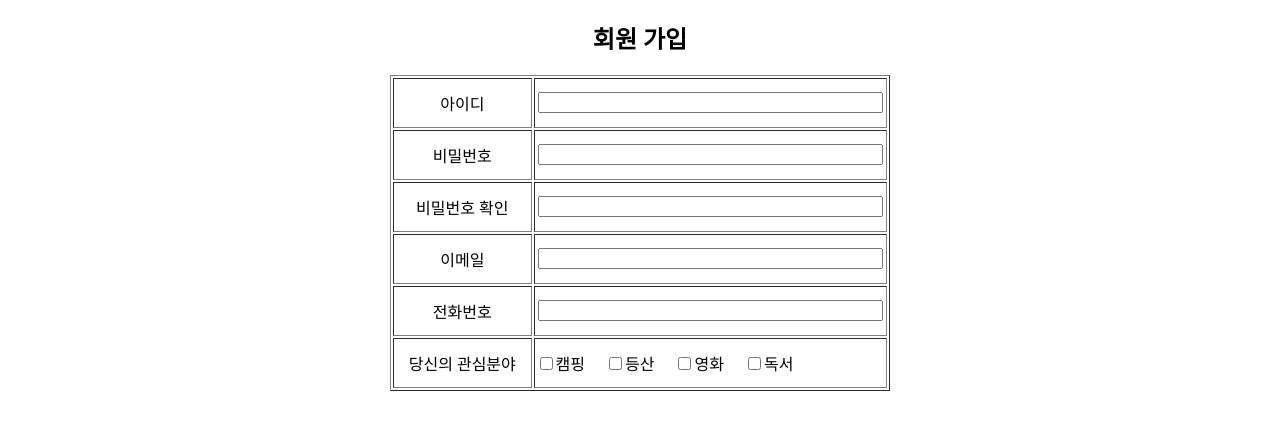
Repository: SuperHamzzi/JSPStudy
Page: http://localhost/JSP01/RequestJoin.jsp
The author's editor kept a copy of each file at every save. The page is drawn from the files as they stood at one save, then again after the next save.
The browser window is 1280 px wide. The pictures show the whole page.
The page is served by Tomcat 9.

Above is the page before, as saved 2023-06-04 11:03:15.

After the next save:
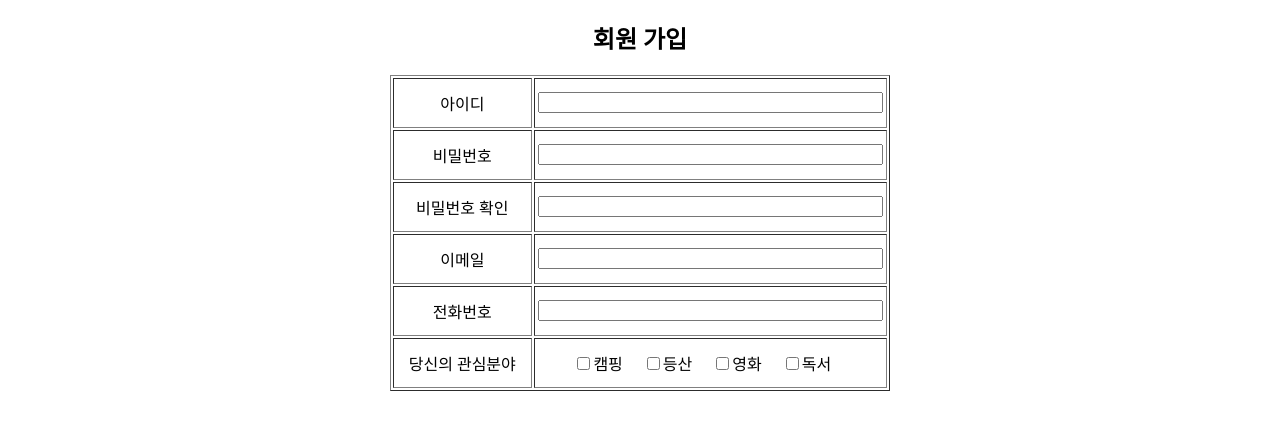
Saved 11 s later.
--- a/JSP01/WebContent/RequestJoin.jsp
+++ b/JSP01/WebContent/RequestJoin.jsp
@@ -44,7 +44,7 @@
 	</tr>
 	<tr height="50">
 		<td width="150" align="center">당신의 관심분야</td>
-		<td width="350" align="cenfter">
+		<td width="350" align="center">
 		<input type="checkbox" name="hobby" value="캠핑">캠핑 &nbsp; &nbsp;
 		<input type="checkbox" name="hobby" value="등산">등산 &nbsp; &nbsp;
 		<input type="checkbox" name="hobby" value="영화">영화 &nbsp; &nbsp;
